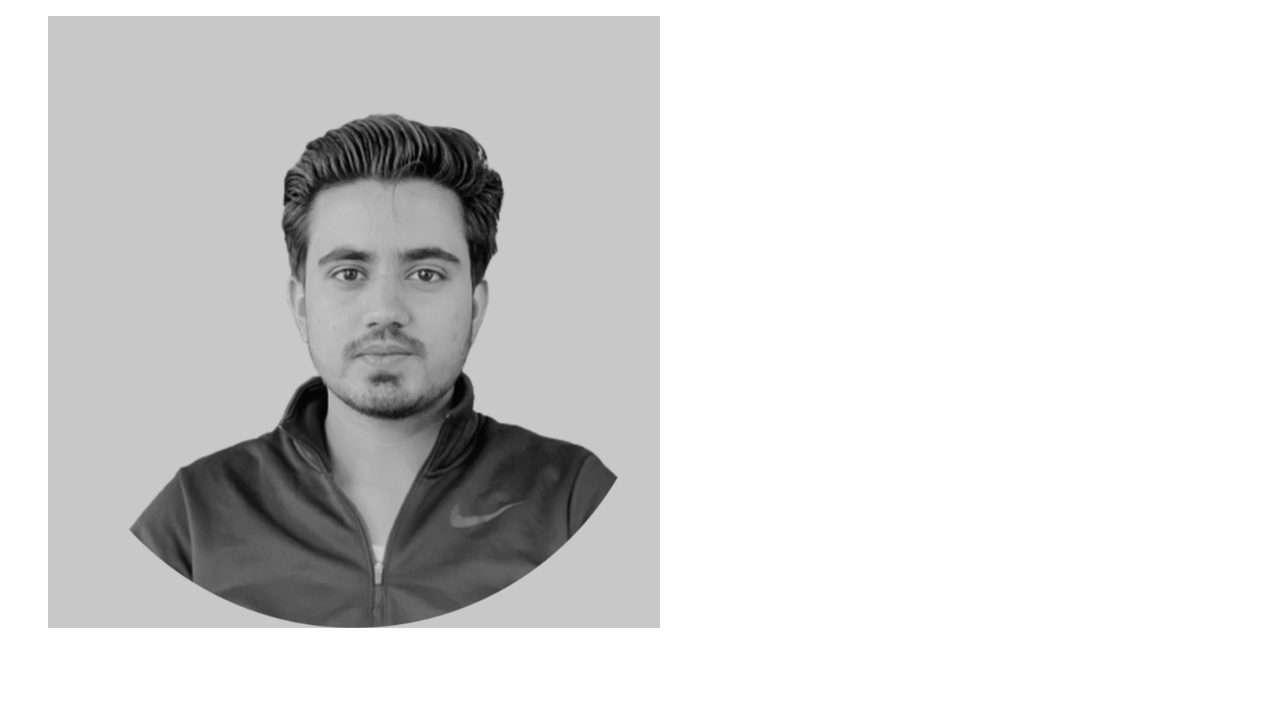
Repository: inzamamahmad3/30-Days-Of-CSS
Page: Day-1/index.html
These files come from the project's save history. The page is drawn as it stood at one moment and after the next save; the edit follows.
The browser window is 1280 px wide. The pictures show the whole page.

Above is the page before, as saved 2023-01-03 20:06:33.

### Day-1/index.html
<!DOCTYPE html>
<html lang="en">
  <head>
    <meta charset="UTF-8" />
    <meta http-equiv="X-UA-Compatible" content="IE=edge" />
    <meta name="viewport" content="width=device-width, initial-scale=1.0" />
    <title>Profile Cards</title>
    <link rel="stylesheet" href="styles.css" />
  </head>
  <body>
    <figure class="card">
      <div class="profile-image">
        <img src="profile.png" alt="" />
      </div>
    </figure>
  </body>
</html>

### Day-1/styles.css
@import url(https://fonts.googleapis.com/css?family=Lato);
@import url(https://fonts.googleapis.com/css?family=Oswald);
@import url(https://fonts.googleapis.com/ionicons/2.0.1/css/ionicons.min.css);

After the next save:
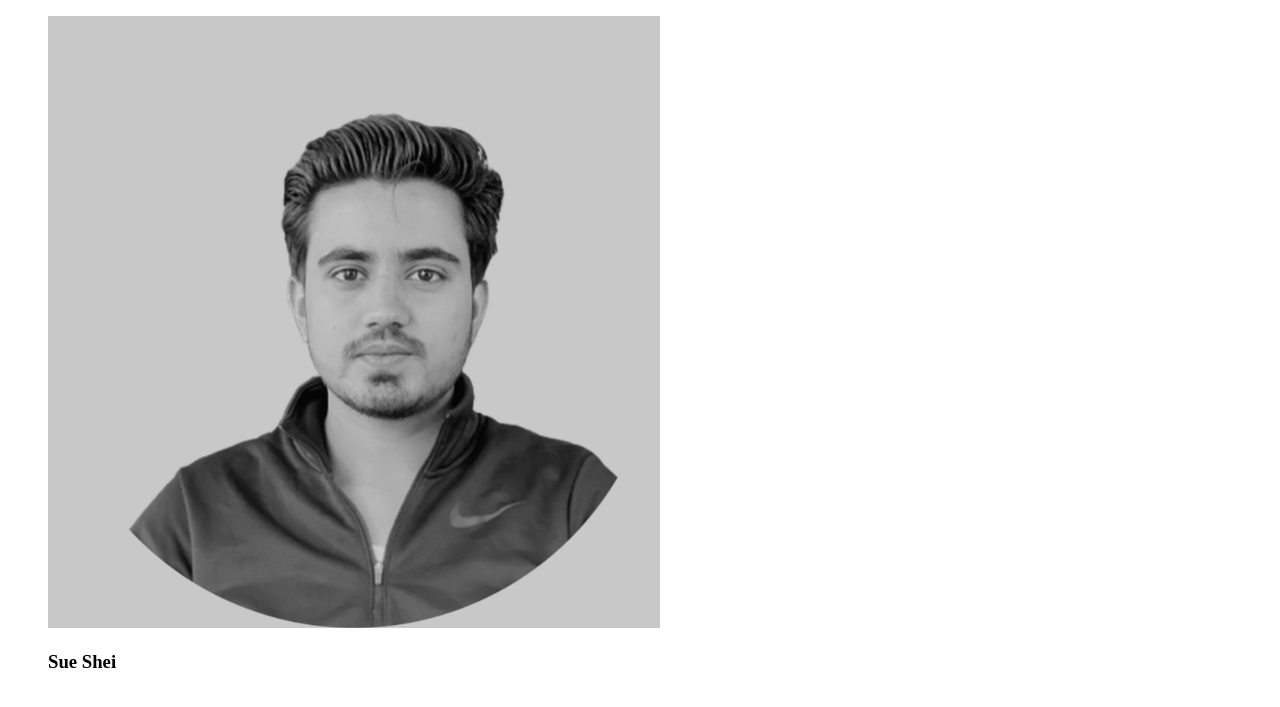
Saved 53 s later.
--- a/Day-1/index.html
+++ b/Day-1/index.html
@@ -12,6 +12,9 @@
       <div class="profile-image">
         <img src="profile.png" alt="" />
       </div>
+      <figcaption>
+        <h3>Sue Shei</h3>
+      </figcaption>
     </figure>
   </body>
 </html>
